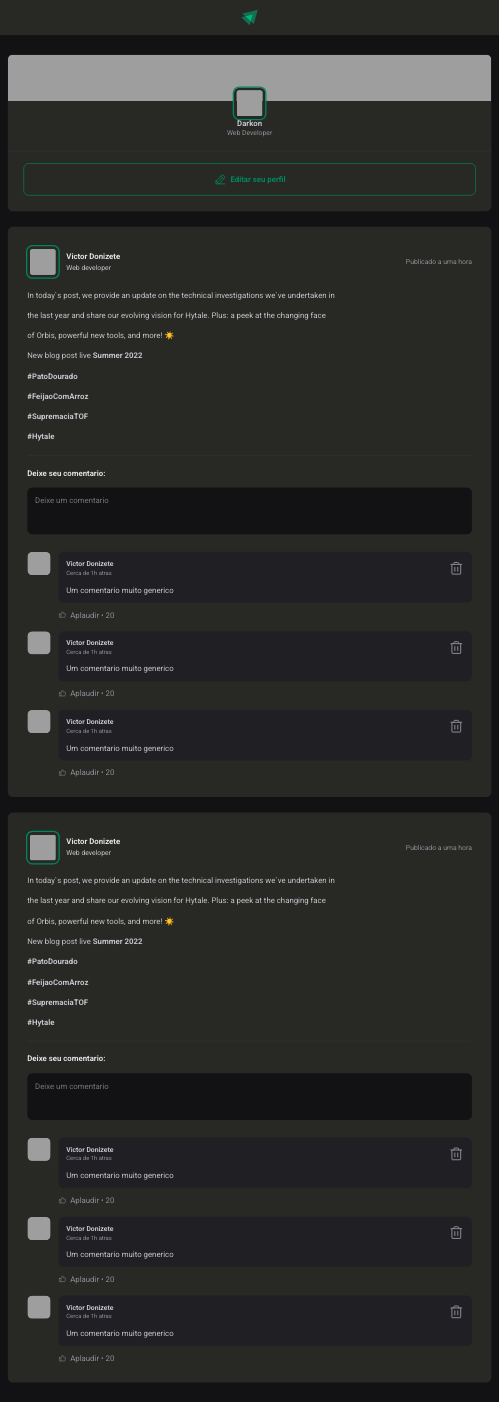
Repository: viviij/PseudoRedeSocial
Page: /
An editor plug-in stored every save of this project. The page is shown before and after the next save, followed by the edit.
The browser window is 768 px wide. The pictures show the whole page, at 65% of full size.
Pictures or frames that could not be fetched are drawn as grey boxes. The project was rebuilt for these pictures with package versions that can differ from the ones it lists, and the page was loaded fresh each time. Also part of the build but not shown: vite.config.js.

Above is the page before, as saved 2022-08-02 16:14:02.

### index.html
<!DOCTYPE html>
<html lang="en">
  <head>
    <meta charset="UTF-8" />
    <link rel="preconnect" href="https://fonts.googleapis.com">
    <link rel="preconnect" href="https://fonts.gstatic.com" crossorigin>
    <link rel="icon" type="image/svg+xml" href="/vite.svg" />
    <meta name="viewport" content="width=device-width, initial-scale=1.0" />
    <link href="https://fonts.googleapis.com/css2?family=Roboto:wght@400;700&display=swap" rel="stylesheet">
    <title>RedeSocial</title>
  </head>
  <body>
    <div id="root"></div>
    <script type="module" src="/src/main.jsx"></script>
  </body>
</html>

### src/App.jsx
import { Header } from "./components/header";
import { Sidebar } from "./components/Sidebar"
import { Post } from "./components/Post"

import styles from "./App.module.css"
import "./global.css"
export function App() {
  return (
    <div>
      <Header />

      <div className={styles.wrapper}>
        <Sidebar />
        <main>
          <Post
            author="Victor Donizete"
            content="Texto generico criado apenas para simular uma postagem"
          />
          <Post
            author="Fernanda Medeiros"
            content="Texto generico criado apenas para simular uma postagem"
          />
        </main>
      </div>
    </div>
  )
}

### src/components/header.jsx
import styles from "./Header.module.css"

import IgniteLogo from '../assets/IgniteLogo.svg'

export function Header() {
  return (
    <header className={styles.header}>
      <img src={IgniteLogo} alt="Logo da ignite" />
    </header>
  )
}

### src/components/Sidebar.jsx
import styles from "./Sidebar.module.css"
import { PencilLine } from "phosphor-react"
import { Avatar } from "./Avatar"

export function Sidebar() {
  return (
    <aside className={styles.sidebar}>
      <img
        className={styles.cover}
        src="https://images.unsplash.com/photo-1659095579647-7c1bbc73b36f?ixlib=rb-1.2.1&ixid=MnwxMjA3fDB8MHxlZGl0b3JpYWwtZmVlZHw1fHx8ZW58MHx8fHw%3D&auto=format&fit=crop&w=500&q=10" alt="plano de fundo"
      />

      <div className={styles.profile}>
        <Avatar
          src="https://github.com/viviij.png"
          alt="Foto de perfil"
        />

        <strong>Darkon</strong>
        <span>Web Developer</span>
      </div>

      <footer>
        <a
          href="#">
          <PencilLine
            size={20}
          />
          Editar seu perfil
        </a>
      </footer>
    </aside>
  )
}

### src/components/Post.jsx
import { Avatar } from "./Avatar"
import { Comment } from "./Comment"
import styles from "./Post.module.css"

export function Post() {
  return (
    <article className={styles.post}>
      <header>
        <div className={styles.author}>
          <Avatar src="https://github.com/viviij.png" alt="Foto do perfil" />
          <div className={styles.authorInfo}>
            <strong>Victor Donizete</strong>
            <span>Web developer</span>
          </div>
        </div>
        <time title="1 de agosto as 00:13h" dateTime="2022-05-11 00:13:46">Publicado a uma hora</time>
      </header>

      <div className={styles.content}>
        <p> In today`s post, we provide an update on the technical investigations we`ve undertaken in</p> <p> the last year and share our evolving vision for Hytale. Plus: a peek at the changing face </p>
        <p> of Orbis, powerful new tools, and more! ☀️ </p>
        <p>New blog post live <a href="https://hytale.com/news/2022/7/summer-2022-development-update">Summer 2022</a></p>

        <p><a href="#">#PatoDourado</a></p>{' '}
        <p><a href="#">#FeijaoComArroz</a></p>{' '}
        <p><a href="#">#SupremaciaTOF</a></p>{' '}
        <p><a href="#">#Hytale</a></p>
      </div>

      <form className={styles.commentForm}>
        <strong>Deixe seu comentario: </strong>

        <textarea
          placeholder="Deixe um comentario"
        />
        <footer>
          <button type="submit">Comentar</button>

        </footer>
      </form>

      <div className={styles.commentList}>
        <Comment />
        <Comment />
        <Comment />
      </div>
    </article>
  )
}

### src/App.module.css
.wrapper {
  max-width: 70rem;
  margin: 2rem auto;
  padding: 0.5rem 1rem;

  display: grid;
  grid-template-columns: 256px 1fr;
  gap: 2rem;
  align-items: flex-start;

}

@media(max-width: 768px) {
  html {
    font-size: 12px;
  }

  .wrapper {
    grid-template-columns: 1fr;
  }
}

### src/global.css
:root {
  --white: #ffffff;

  --gray-100: #e1e1e6;
  --gray-300: #c4c4cc;
  --gray-400: #8d8d99;
  --gray-600: #323238;
  --gray-700: #29292e;
  --grey-750: #202024;
  --gray-800: #282824;
  --gray-900: #121214;

  --green-300: #00B37E;
  --green-500: #00875f;

  --red-500: #F75A68;
}

:focus {
  outline: transparent;
  box-shadow: 0 0 0 2px var(--green-500)
}

* {
  margin: 0;
  padding: 0;
  box-sizing: border-box;
}

body {
  background: var(--gray-900);
  color: var(--gray-300);
  -webkit-font-smoothing: antialiased;
}

body,
input,
textarea,
button {
  font-family: 'Roboto', sans-serif;
  font-weight: 400;
  font-size: 1rem;
}

### src/components/Sidebar.module.css
.sidebar {
  background: var(--gray-800);
  border-radius: 8px;
  overflow: hidden;
}

.cover {
  width: 100%;
  height: 72px;
  object-fit: cover;
}

.profile {
  display: flex;
  flex-direction: column;
  align-items: center;

  margin-top: calc(0px - 1.5rem - 6px);
}


.prfile strong {
  margin: 1rem;
  color: var(--gray-100);
  line-height: 1.6;
}

.profile span {
  font-size: 0.875rem;
  color: var(--gray-400);
  line-height: 1.6;
}

.sidebar footer {
  border-top: 1px solid var(--gray-600);
  margin-top: 1.5rem;
  padding: 1.5rem 2rem 2rem;
}

.sidebar footer a {
  width: 100%;
  background: transparent;
  color: var(--green-500);
  border: 1px solid var(--green-500);
  border-radius: 8px;
  height: 50px;
  padding: 0 1.5rem;
  font-weight: bold;
  display: block;
  text-decoration: none;

  display: flex;
  align-items: center;
  justify-content: center;

  gap: 0.5rem;

  transition: color 0.5s, background-color 0.5s;
}

.sidebar footer a:hover {
  background: var(--green-500);
  color: var(--white)
}

### src/components/Avatar.jsx
import styles from "./Avatar.module.css"

export function Avatar({ hasBorder = true, src }) {
  return (
    <img
      src={src}
      className={hasBorder ? styles.avatarWithBorder : styles.avatar}
    />
  )
}

### src/components/Comment.jsx
import { ThumbsUp, Trash } from "phosphor-react"
import { Avatar } from "./Avatar"
import styles from "./Comment.module.css"

export function Comment() {
  return (
    <div className={styles.comment}>
      <Avatar hasBorder={false} src="https://github.com/viviij.png" alt="Imagem de perfil" />

      <div className={styles.commentBox}>
        <div className={styles.commentContent}>
          <header>
            <div className={styles.authorAndTime}>
              <strong>Victor Donizete</strong>
              <time
                title="1 de agosto as 00:13h"
                dateTime="2022-05-11 00:13:46">Cerca de 1h atras
              </time>
            </div>

            <button title="deletar comentario">
              <Trash size={24} />
            </button>
          </header>

          <p>Um comentario muito generico</p>
        </div>

        <footer>
          <button>
            <ThumbsUp />
            Aplaudir <span>20</span>
          </button>
        </footer>
      </div>
    </div>
  )
}

### src/components/Post.module.css
.post {
  background: var(--gray-800);
  border-radius: 8px;
  padding: 2.5rem;
}

.post+.post {
  margin-top: 2rem;
}

.content {
  line-height: 1.6;
  color: var(--gray-300);
  margin-top: 1.5rem;
}

.content p {
  margin-top: 1rem;
}

.content a {
  font-weight: bold;
  color: var(--gray-500);
  text-decoration: none;
}

.content a:hover {
  color: var(--green-300);
}

.post>header {
  display: flex;
  align-items: center;
  justify-content: space-between;
}

.post>header time {
  font-size: 0.875rem;
  color: var(--gray-400);
}

.author {
  display: flex;
  align-items: center;
  gap: 1rem;
}

.author img {
  width: calc(3rem + 12px);
  height: calc(3rem + 12px);
  border-radius: 8px;
  border: 4px solid var(--gray-800);
  outline: 2px solid var(--green-500);
}

.authorInfo strong {
  display: block;
  color: var(--gray-100);
  line-height: 1.6;
}

.authorInfo span {
  display: block;
  font-size: 0.875rem;
  color: var(--grey-400);
  line-height: 1.6;
}

.commentForm {
  width: 100%;
  margin-top: 1.5rem;
  padding-top: 1.5rem;
  border-top: 1px solid var(--gray-600);
}

.commentForm>strong {
  line-height: 1.6;
  color: var(--gray-100);
}

.commentForm textarea {
  width: 100%;
  background: var(--gray-900);
  border: 0;
  resize: none;
  height: 6rem;
  padding: 1rem;
  border-radius: 8px;
  color: var(--gray-100);
  line-height: 1.4;
  margin-top: 1rem;
}

.commentForm footer {
  visibility: hidden;
  max-height: 0;

}

.commentForm:focus-within footer {
  visibility: visible;
  max-height: none;
  transition: 1s;
}

.commentForm button[type=submit] {
  padding: 1rem 1.5rem;
  margin-top: 1rem;
  border-radius: 8px;
  border: 0;
  background: var(--green-500);
  color: var(--white);
  font-weight: bold;
  cursor: pointer;

  transition: background-color 0.5s;
}

.commentForm button[type=submit]:hover {
  background: var(--green-300);
}

.commentList {
  margin-top: 2rem;
}

### src/components/Comment.module.css
.comment {
  margin-top: 1.5rem;
  display: flex;
  gap: 1rem;
}



.commentBox {
  flex: 1;
}

.commentContent {
  background: var(--grey-750);
  border-radius: 8px;
  padding: 1rem;
}

.commentContent header {
  display: flex;
  align-items: center;
  justify-content: space-between;
}

.authorAndTime strong {
  display: block;
  font-size: 0.875rem;
  justify-content: space-between;
}

.authorAndTime time {
  display: block;
  font-size: 0.75rem;
  line-height: 1.6;
  color: var(--gray-400);
}

.commentContent header button {
  background: transparent;
  border: 0;
  color: var(--gray-400);
  cursor: pointer;
  line-height: 0;
  border-radius: 2px;
}

.commentContent header button:hover {
  color: var(--red-500);
}

.commentContent p {
  margin-top: 1rem;
  color: var(--grey-300);
}

.commentBox footer {
  margin-top: 1rem;
}

.commentBox footer button {
  background: transparent;
  border: 0;
  color: var(--gray-400);
  cursor: pointer;

  display: flex;
  align-items: center;

  border-radius: 2px;
}

.commentBox footer button:hover {
  color: var(--green-300);
}

.commentBox footer button svg {
  margin-right: 0.5rem;
}

.commentBox footer button span::before {
  padding: 0.25rem;
  content: "\2022";
}

Loaded but not shown: src/main.jsx (common file); src/components/Header.module.css (common file); src/components/Avatar.module.css (common file)

After the next save:
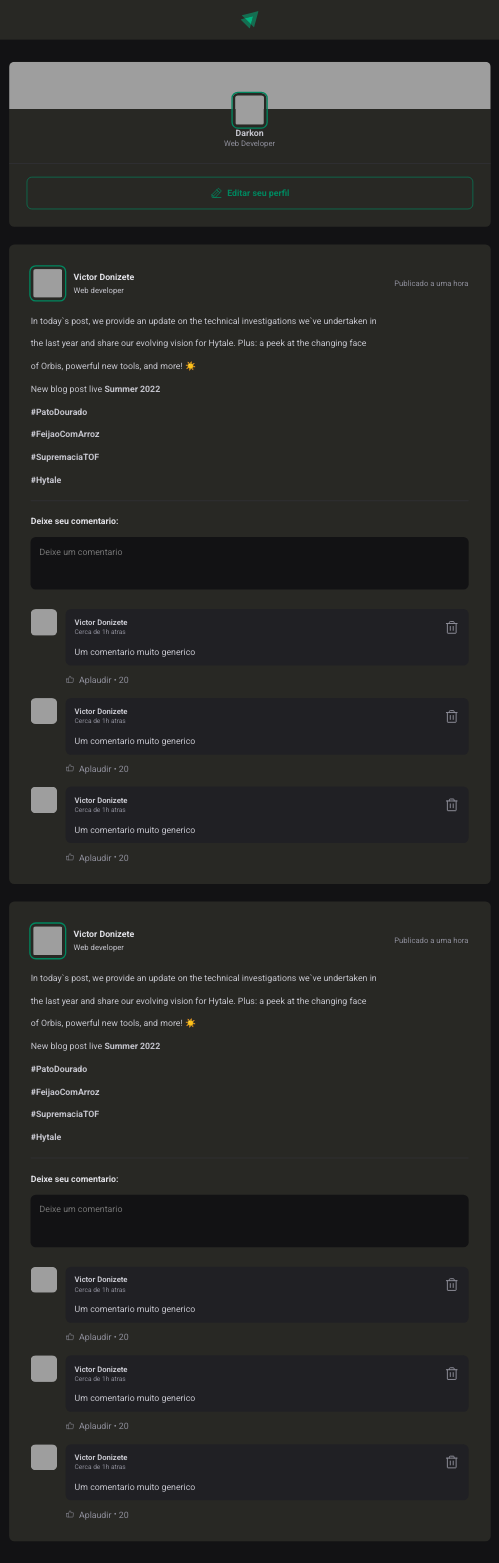
Saved 23 s later.
--- a/src/App.module.css
+++ b/src/App.module.css
@@ -12,7 +12,7 @@
 
 @media(max-width: 768px) {
   html {
-    font-size: 12px;
+    font-size: 13.5px;
   }
 
   .wrapper {
